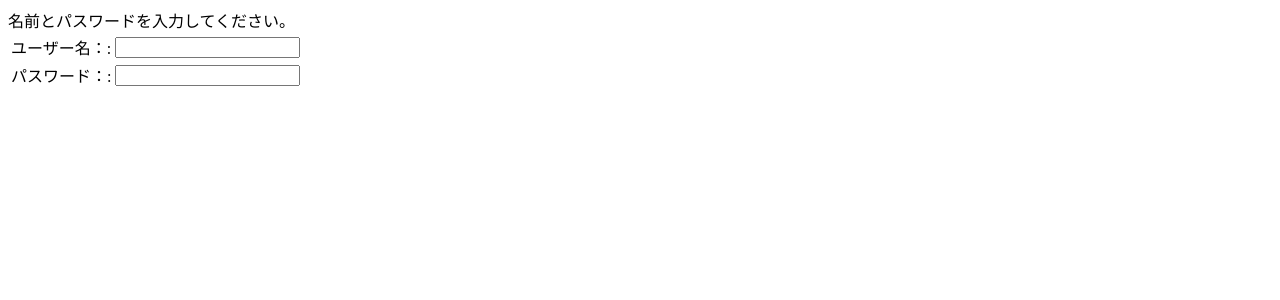
Repository: MurayamaMura/WebProj
Page: http://localhost/WebProj4/WelcomeAction.action
These files come from the project's save history. The page is drawn as it stood at one moment and after the next save; the edit follows.
The browser window is 1280 px wide. The pictures show the whole page.
The page is served by Tomcat 9. Other server files are loaded and not shown.

Above is the page before, as saved 2018-06-13 10:08:52.

### WebProj4/WebContent/welcome.jsp
<%@ page language="java" contentType="text/html; charset=UTF-8" pageEncoding="UTF-8"%>
<%@ taglib prefix="s" uri="/struts-tags" %>
<!DOCTYPE html>
<html>
<head>
<meta charset="utf-8">
<title>ウエルカム</title>
</head>
<body>
名前とパスワードを入力してください。
<s:form action="LoginAction">
	<s:textfield name="username" label="ユーザー名："/>
	<s:textfield name="password" label="パスワード："/>
</s:form>
</body>
</html>

After the next save:
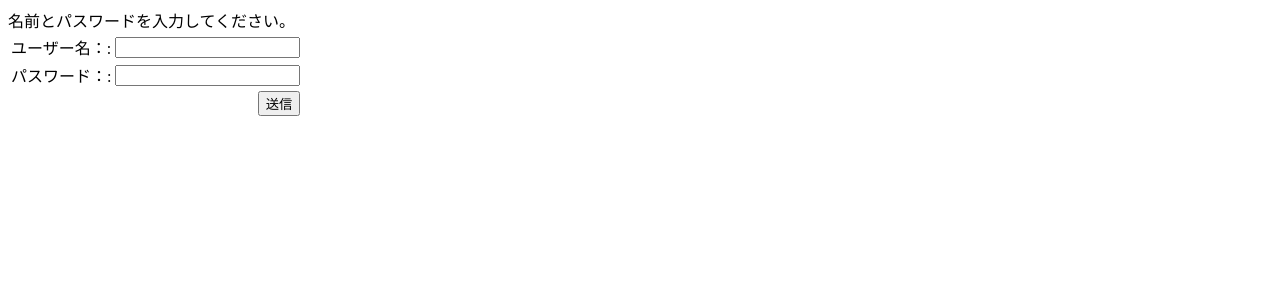
Saved 31 s later.
--- a/WebProj4/WebContent/welcome.jsp
+++ b/WebProj4/WebContent/welcome.jsp
@@ -11,6 +11,7 @@
 <s:form action="LoginAction">
 	<s:textfield name="username" label="ユーザー名："/>
 	<s:textfield name="password" label="パスワード："/>
+	<s:submit value="送信"/>
 </s:form>
 </body>
 </html>
